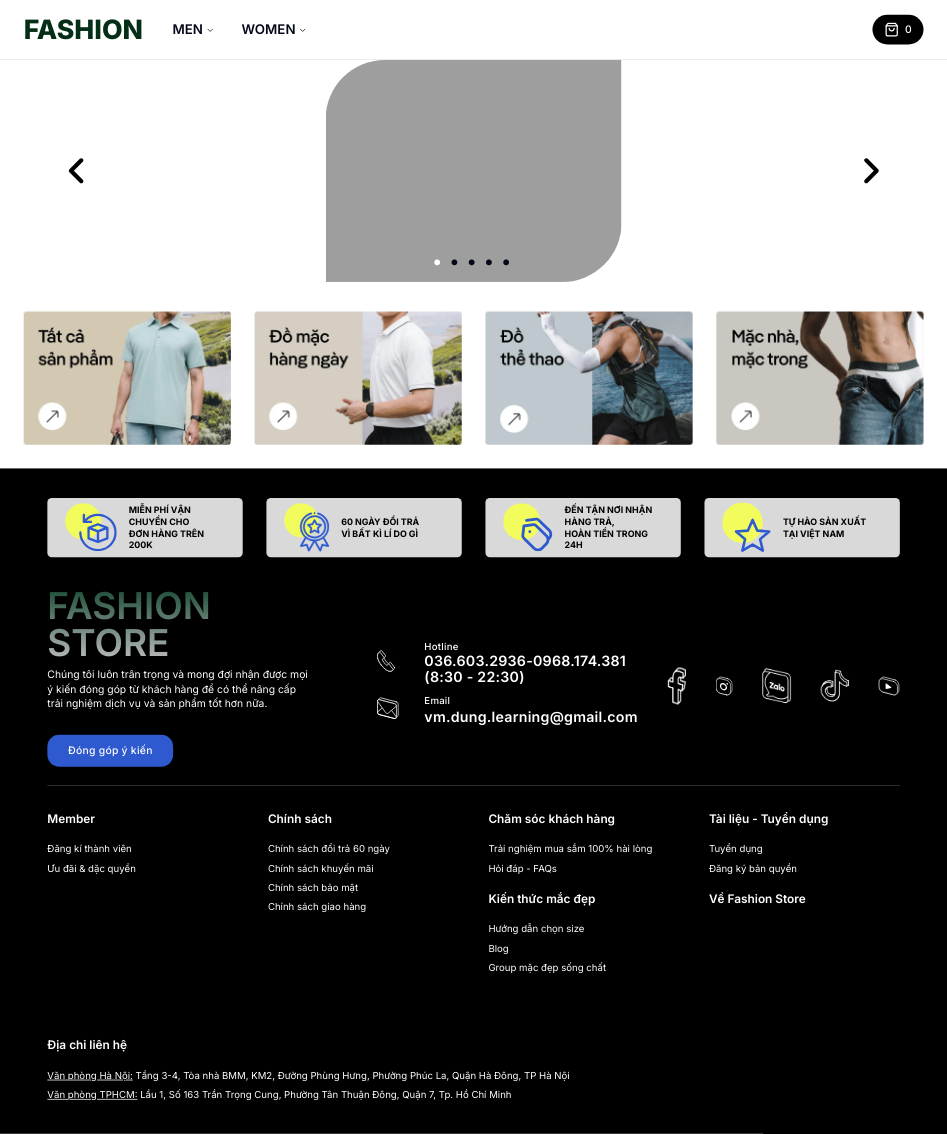
Repository: SaDaNdLoNeLy/clotheswebsite
Page: /
These files come from the project's save history. The page is drawn as it stood at one moment and after the next save; the edit follows.
The browser window is 1280 px wide. The pictures show the whole page, at 74% of full size.
Pictures or frames that could not be fetched are drawn as grey boxes. The page's requests for data from a server got no answer. The project was rebuilt for these pictures with package versions that can differ from the ones it lists, and the page was loaded fresh each time. The framework's server and built-in components were replaced by stand-ins that run in the browser. No one was signed in, and anything a server would have sent is missing. Also part of the build but not shown: next.config.js.

Above is the page before, as saved 2023-08-21 15:44:21.

After the next save:
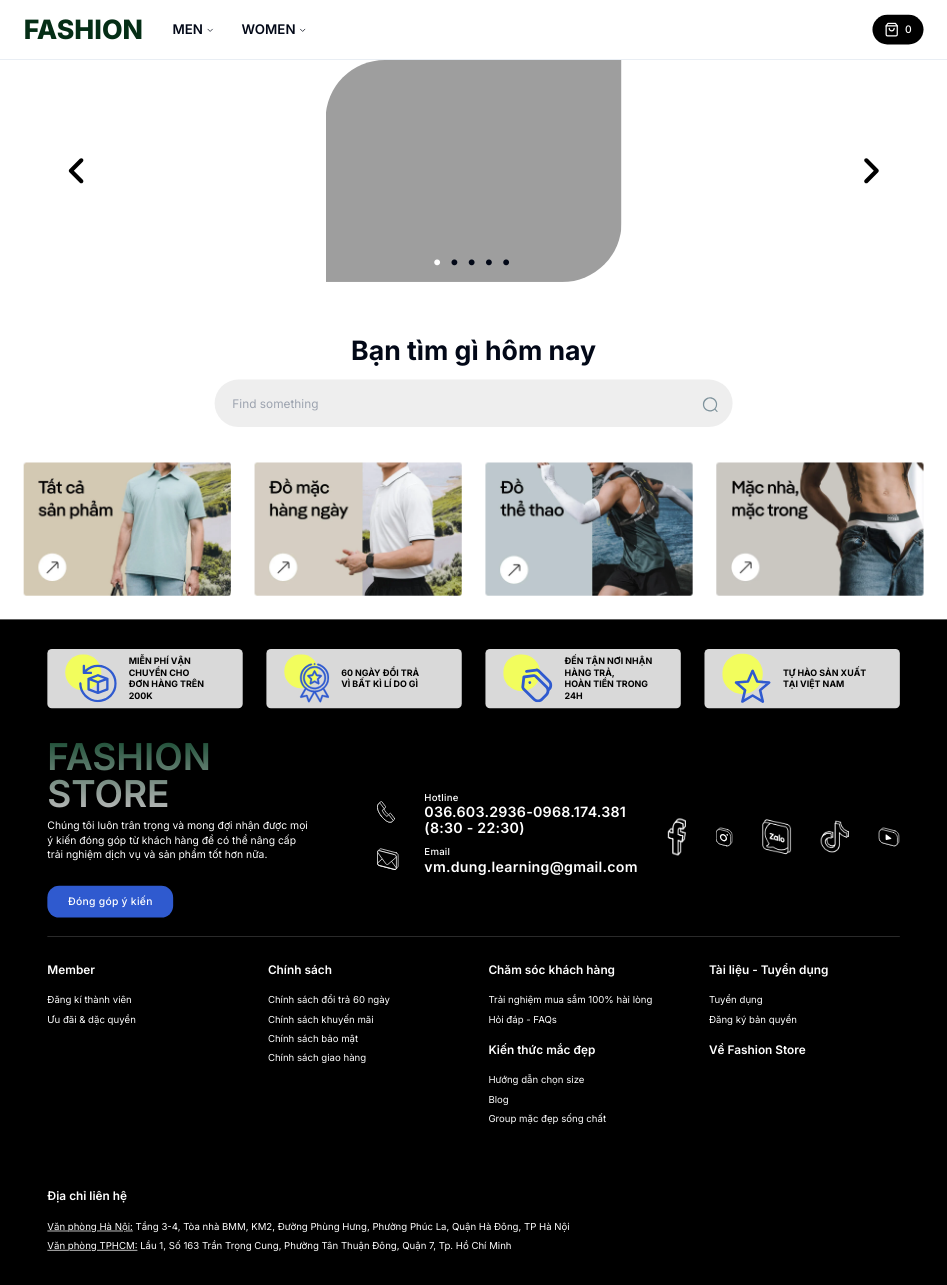
Saved 11 s later.
--- a/src/app/(home)/components/HomeClient.tsx
+++ b/src/app/(home)/components/HomeClient.tsx
@@ -1,3 +1,4 @@
+import HomepageSearch from "@/components/HomepageSearch";
 import BannerSlide from "@/components/bannerslide";
 import Collection from "@/components/collection";
 import Container from "@/components/container";
@@ -7,6 +8,7 @@ const HomeClient = () => {
     <Container>
       <div className="px-4 sm:px-6 lg:px-8">
         <BannerSlide />
+        <HomepageSearch />
         <Collection />
       </div>
     </Container>
